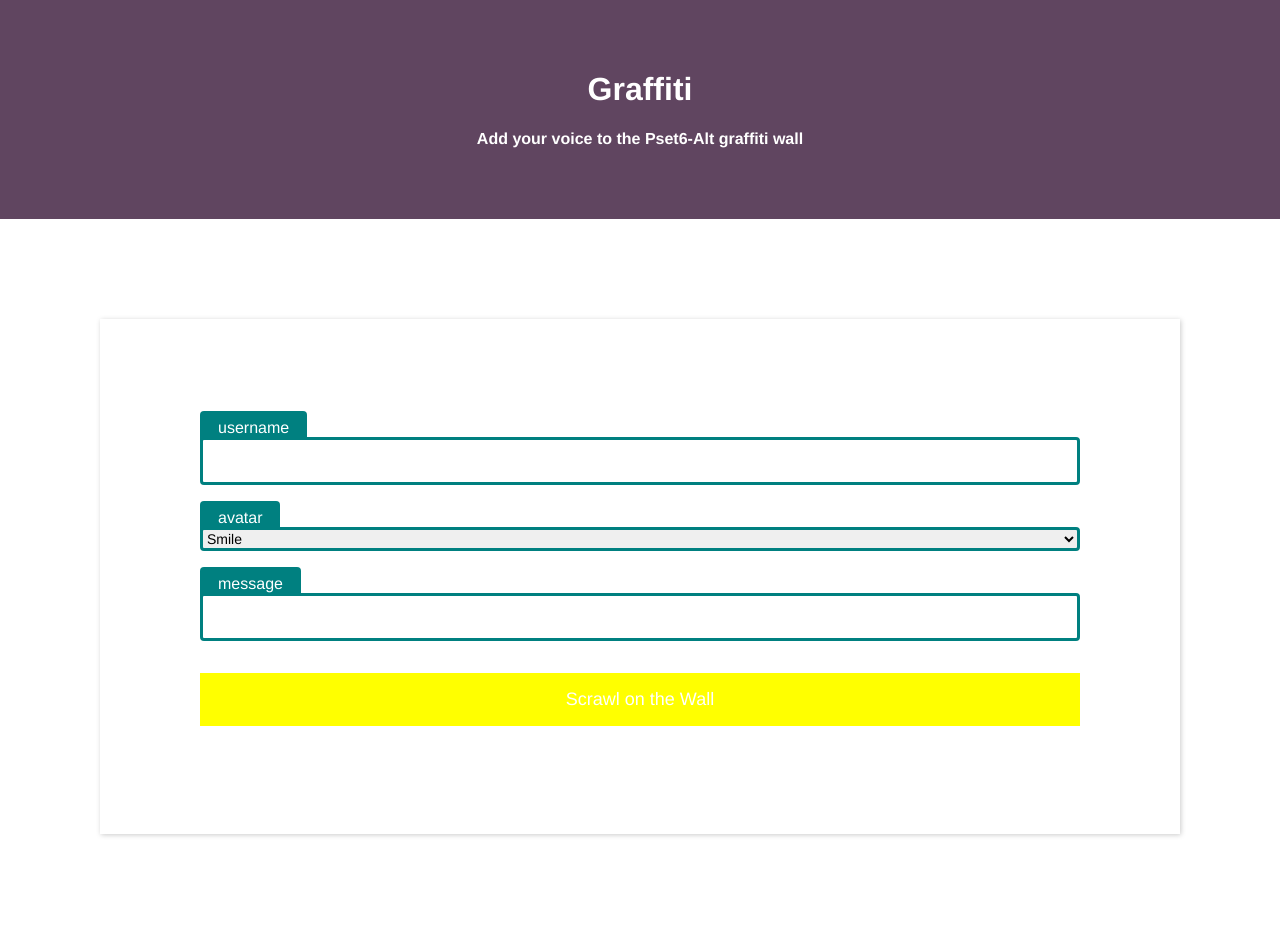
Repository: egniebauer/cs50x-LaunchCode
Page: pset-graffitiwall/graffiti.html
The author's editor kept a record of every edit. The page is drawn from the files as they stood at one moment, then again after the next edit.
The browser window is 1280 px wide. The pictures show the whole page.
Some web libraries are served in a nearby version.

Above is the page before.

After the next edit:
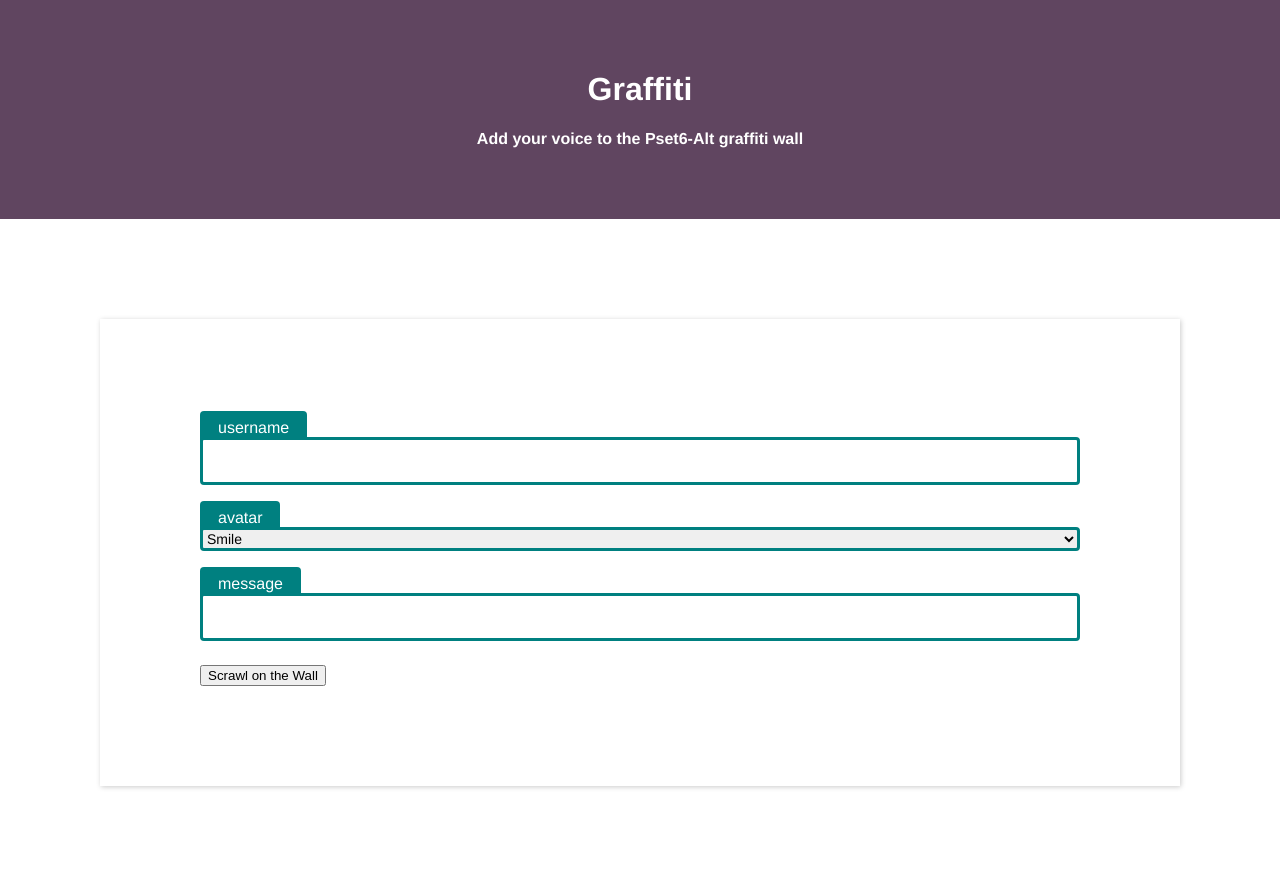
The edit:
--- a/pset-graffitiwall/styles.css
+++ b/pset-graffitiwall/styles.css
@@ -46,19 +46,6 @@
     font-family: helvetica;
 }
 
-input[type=submit] {
-    background-color: yellow;
-    border: none;
-    color: white;
-    padding: 16px 20px;
-    text-decoration: none;
-    margin: 8px 0;
-    cursor: pointer;
-    width: 100%;
-    font-size: 18px;
-    font-family: helvetica;
-}
-
 label {
     background-color: teal;
     border: none;

After the edit that followed:
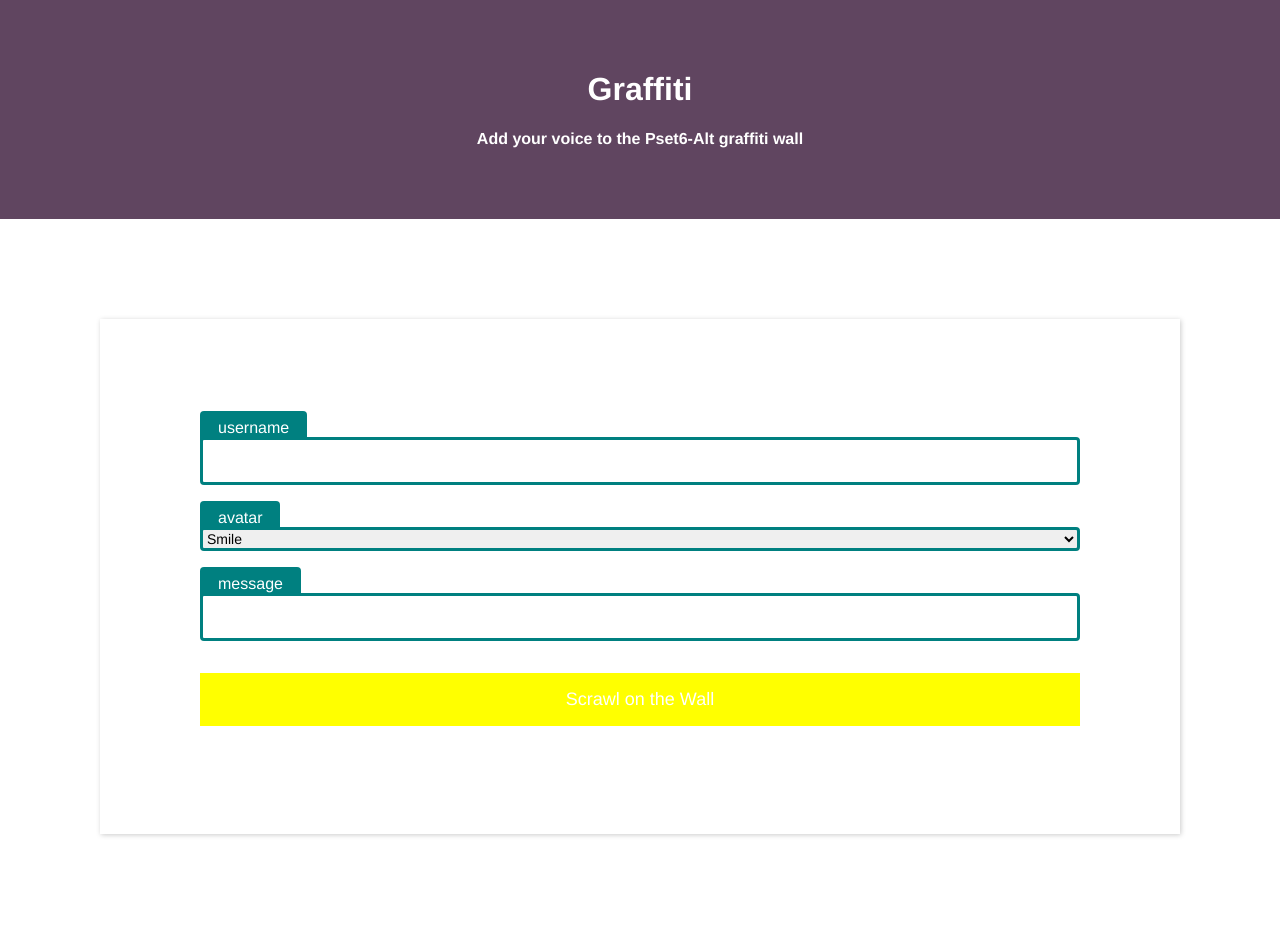
The edit:
--- a/pset-graffitiwall/styles.css
+++ b/pset-graffitiwall/styles.css
@@ -55,3 +55,16 @@
     font-size: 16px;
     font-family: helvetica;
 }
+
+input[type=submit] {
+    background-color: yellow;
+    border: none;
+    color: white;
+    padding: 16px 20px;
+    text-decoration: none;
+    margin: 8px 0;
+    cursor: pointer;
+    width: 100%;
+    font-size: 18px;
+    font-family: helvetica;
+}
